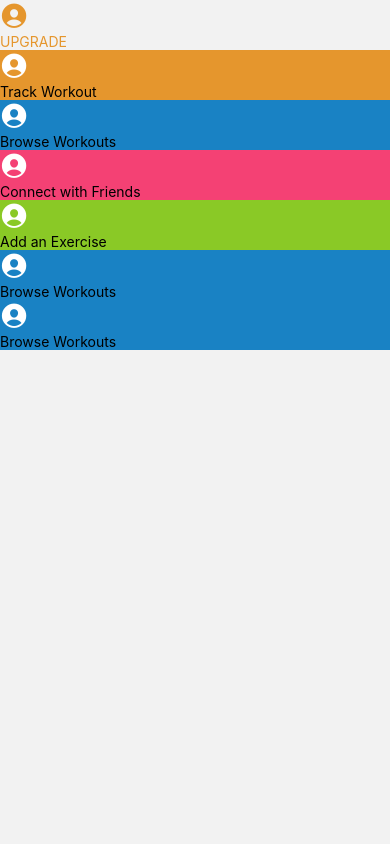
Repository: katjalmarko/React-Native-Fitness-App-with-Subscription
Screen: /
These files come from the project's save history. The screen is drawn as it stood at one moment and after the next save; the edit follows.
Pictures or frames that could not be fetched are drawn as grey boxes. The app was drawn by React Native's web renderer in a window 390 px wide. The project was rebuilt for these pictures with package versions that can differ from the ones it lists, and the page was loaded fresh each time.

Above is the screen before, as saved 2023-05-08 18:00:50.

### App.tsx
import { StatusBar } from 'expo-status-bar';
import { SafeAreaView, Text } from 'react-native';
import { NavigationContainer } from '@react-navigation/native';
import { createNativeStackNavigator } from '@react-navigation/native-stack';
import HomeScreen from './screens/HomeScreen';

const Stack = createNativeStackNavigator();

export default function App() {
  return (
    <NavigationContainer>
      <Stack.Navigator>
        <Stack.Screen
        options={{
          headerShown: false
        }}
        name="Home" component={HomeScreen} />
      </Stack.Navigator>
    </NavigationContainer>
  );
}

### screens/HomeScreen.tsx
import { Text, SafeAreaView, Image, TouchableOpacity, ScrollView } from 'react-native'
import { Ionicons } from '@expo/vector-icons';
import ActionRow from '../components/ActionRow';

const HomeScreen = () => {
  return (
    <SafeAreaView className='flex-1 bg-gray-100 relative'>
      {/* Scroll Zatiaľ nefunguje pre Android */}
      <ScrollView>
        {/* PRO/UPGRADE Button */}
        <TouchableOpacity className='absolute z-50 top-5 right-10 items-center'>
          <Ionicons name="person-circle" size={30} color="#E5962D" />
          <Text className='text-center' style={{color:"#E5962D"}}>UPGRADE</Text>
        </TouchableOpacity>

        <Image
          source={{ uri: "https://i.imgur.com/e14NE49.png" }}
          className='w-full h-64'
        />

        {/* ActionRow */}
        <ActionRow
          title="Track Workout"
          screen="Demo"
          color="#E5962D"
          icon="fitness"
          vertical
        />
        <ActionRow
          title="Browse Workouts"
          screen="Demo"
          color="#1982C4"
          icon="library"
          vertical
        />
        <ActionRow
          title="Connect with Friends"
          screen="Demo"
          color="#F44174"
          icon="share-social"
          vertical
        />
        <ActionRow
          title="Add an Exercise"
          screen="Demo"
          color="#8AC926"
          icon="add-circle"
          vertical
        />
        <ActionRow
          title="Browse Workouts"
          screen="Demo"
          color="#1982C4"
          icon="library"
          vertical
        />
        <ActionRow
          title="Browse Workouts"
          screen="Demo"
          color="#1982C4"
          icon="library"
          vertical
        />

        {/* ActionRow */}
        {/* ActionRow */}
        {/* ActionRow */}
        {/* ActionRow */}

      </ScrollView>
    </SafeAreaView>
  )
}

export default HomeScreen

### components/ActionRow.tsx
import { TouchableOpacity, Text } from 'react-native'
import { Ionicons } from '@expo/vector-icons';

type Props = {
  title: string;
  screen: any;
  color: string;
  requiresPro?: boolean;
  icon?: any;
  vertical?: boolean;
};

const ActionRow = ({ title, screen, color, requiresPro, icon, vertical }: Props) => {
  return (
    <TouchableOpacity className='' style={{ backgroundColor: color }}>
      <Ionicons name="person-circle" size={30} color="white" />
      <Text>{title}</Text>
    </TouchableOpacity>
  )
}

export default ActionRow

After the next save:
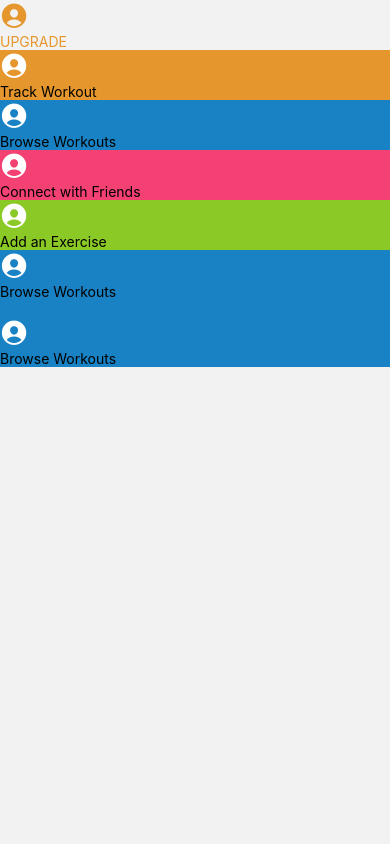
Saved 9 s later.
--- a/screens/HomeScreen.tsx
+++ b/screens/HomeScreen.tsx
@@ -48,7 +48,8 @@ const HomeScreen = () => {
           vertical
         />
         <ActionRow
-          title="Browse Workouts"
+          title="Browse Workouts
+          "
           screen="Demo"
           color="#1982C4"
           icon="library"
